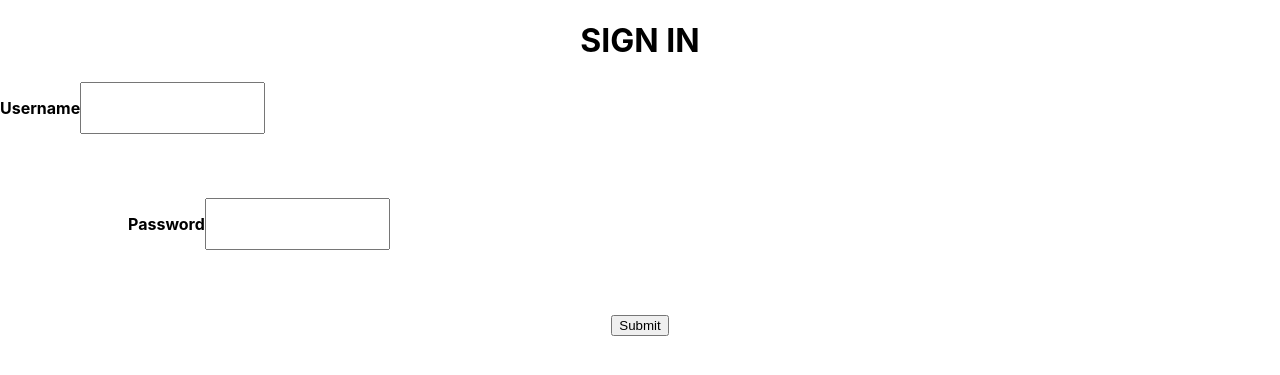
Repository: PreetiToppo/networking
Page: /
An editor plug-in stored every save of this project. The page is shown before and after the next save, followed by the edit.
The browser window is 1280 px wide. The pictures show the whole page.
The project was rebuilt for these pictures with package versions that can differ from the ones it lists, and the page was loaded fresh each time.

Above is the page before, as saved 2023-01-21 19:40:29.

After the next save:
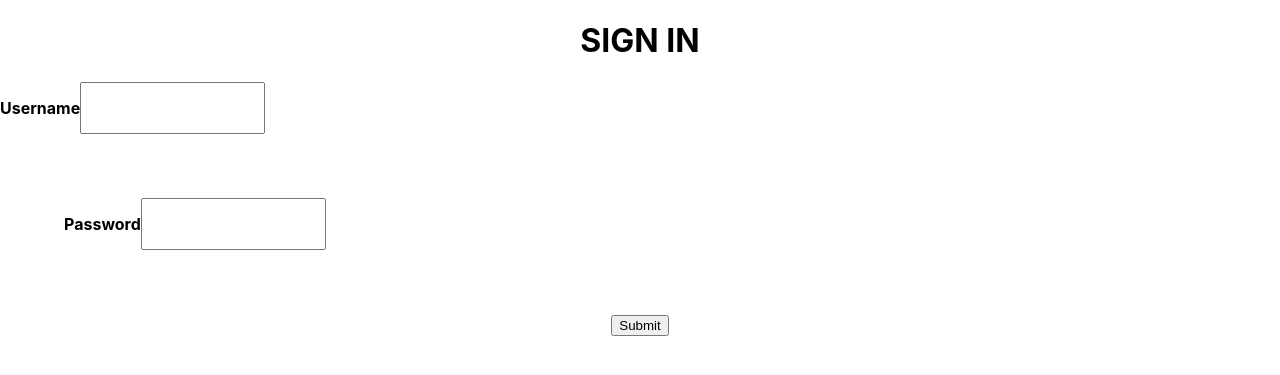
Saved 16 s later.
--- a/src/App.css
+++ b/src/App.css
@@ -8,7 +8,7 @@
 
 .pass {
   display: flex;
-  padding: 5% 10%;
+  padding: 5% 5%;
 }
 
 p{
